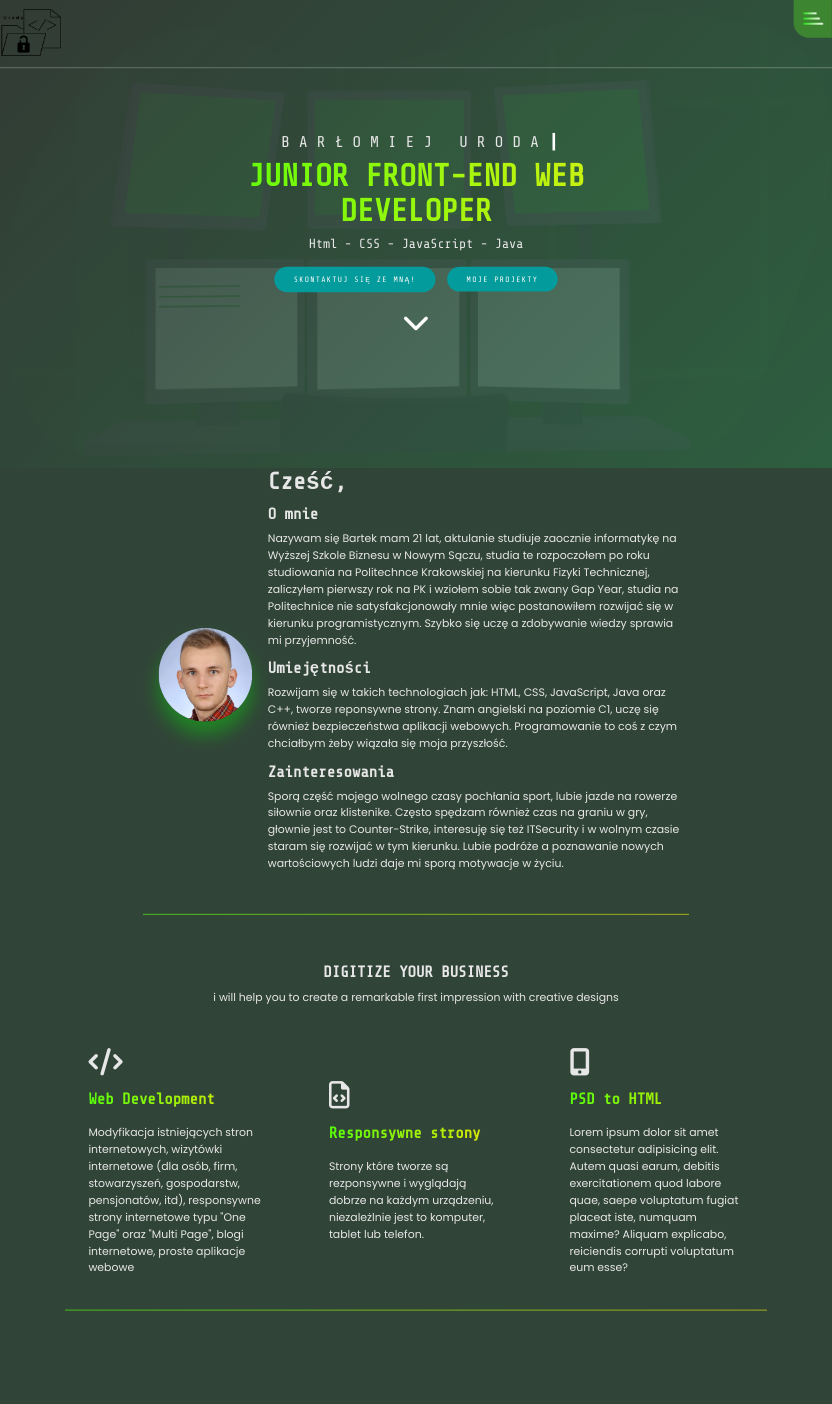
Repository: BartekUroda/portfolio
Page: index.html
An editor plug-in stored every save of this project. The page is shown before and after the next save, followed by the edit.
The browser window is 1280 px wide. The pictures show the whole page, at 65% of full size.
Some web libraries are served in a nearby version.

Above is the page before, as saved 2020-10-27 21:21:04.

After the next save:
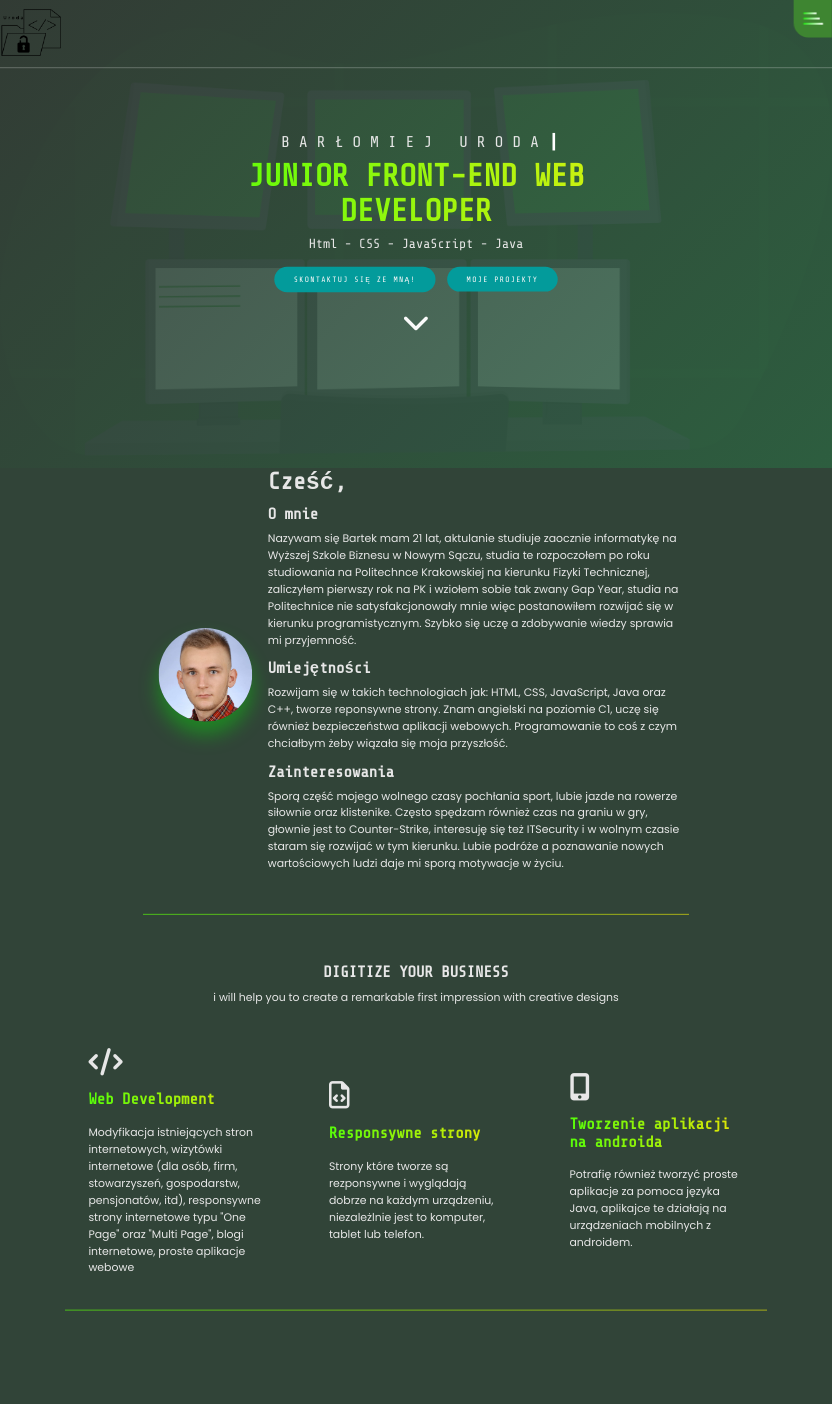
Saved 63 s later.
--- a/index.html
+++ b/index.html
@@ -151,12 +151,10 @@
             </div>
             <div class="tier-item">
               <i class="fa fa-mobile" aria-hidden="true"></i>
-              <h2>PSD to HTML</h2>
+              <h2>Tworzenie aplikacji na androida</h2>
               <p>
-                Lorem ipsum dolor sit amet consectetur adipisicing elit. Autem
-                quasi earum, debitis exercitationem quod labore quae, saepe
-                voluptatum fugiat placeat iste, numquam maxime? Aliquam
-                explicabo, reiciendis corrupti voluptatum eum esse?
+                Potrafię również tworzyć proste aplikacje za pomoca języka Java,
+                aplikajce te działają na urządzeniach mobilnych z androidem.
               </p>
             </div>
           </div>
